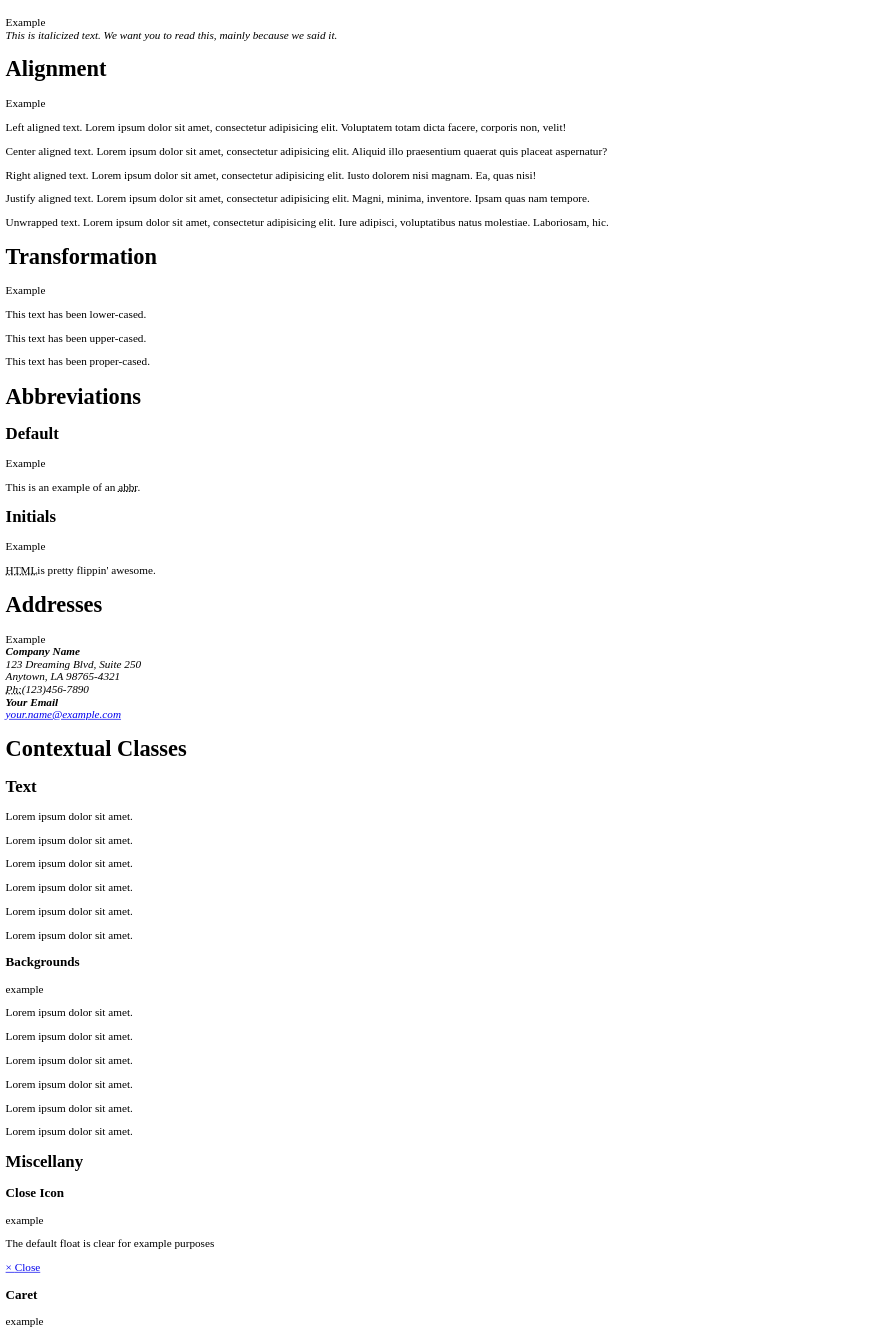
Repository: sympolinc/silk
Page: http://localhost/views/typography.php
The author's editor kept a record of every edit. The page is drawn from the files as they stood at one moment, then again after the next edit.
The browser window is 1280 px wide. The pictures show the part of the page from y = 1260 to 3180 px (the page is 3173 px tall before and 3180 px after), at 70% of full size.
The page is run by PHP 8.4 with error messages shown; the project is at /var/www/html/.

Above is the page before.

### views/typography.php
<div class="section">
    <h1>Body Text</h1>
    <div class="section">
        <h2>Default</h2>
        <div class="silk-example">
            <span class="lang">Example</span>
            <div data-example>
                <p>Lorem ipsum dolor sit amet, consectetur adipisicing elit. Minima ducimus
                    reiciendis quia recusandae illo. Necessitatibus tempora aperiam eius ducimus
                    quia!</p>
                <p>Lorem ipsum dolor sit amet, consectetur adipisicing elit. Consequuntur
                    necessitatibus, esse. Voluptatum natus, ipsum sunt?</p>
                <p>Lorem ipsum dolor sit amet, consectetur adipisicing elit. Ipsam, at.</p>
            </div>
        </div>
    </div>
    <div class="section">
        <h2>Stage</h2>
        <div class="silk-example">
            <span class="lang">Example</span>
            <div data-example>
                <p>Lorem ipsum dolor sit amet, consectetur adipisicing elit. Minima ducimus
                    reiciendis quia recusandae illo. Necessitatibus tempora aperiam eius ducimus
                    quia!</p>
                <p class="stage">Lorem ipsum dolor sit amet, consectetur adipisicing elit. Consequuntur
                    necessitatibus, esse. Voluptatum natus, ipsum sunt?</p>
                <p>Lorem ipsum dolor sit amet, consectetur adipisicing elit. Ipsam, at.</p>
            </div>
        </div>
    </div>
</div>
<div class="section">
    <h1>Inline Text</h1>
    <div class="section">
        <h2>Marked Text</h2>
        <div class="silk-example">
            <span class="lang">Example</span>
            <div data-example>This is an example of
                <mark>highlighting</mark>text.</div>
        </div>
        <h2>Deleted Text</h2>
        <div class="silk-example">
            <span class="lang">Example</span>
            <p data-example>
                <del>This is an example of deleted text.</del>
            </p>
        </div>
        <h2>Strikethrough Text</h2>
        <div class="silk-example">
            <span class="lang">Example</span>
            <div data-example>
                <s>This is an example of irrelevant text.</s>
            </div>
        </div>
        <h2>Inserted Text</h2>
        <div class="silk-example">
            <span class="lang">Example</span>
            <div data-example>
                <ins>This is an example of inserted text.</ins>
            </div>
        </div>
        <h2>Underlined Text</h2>
        <div class="silk-example">
            <span class="lang">Example</span>
            <div data-example>
                <u>This is an example of underlined text.</u>
            </div>
        </div>
        <h2>Small Text</h2>
        <div class="silk-example">
            <span class="lang">Example</span>
            <div data-example>
                <small>This is the fine print. We like to keep it small.</small>small.&lt;/small></div>
        </div>
        <h2>Bold Text</h2>
        <div class="silk-example">
            <span class="lang">Example</span>
            <div data-example>
                <strong>This is bold text. We want you to read this.</strong>
            </div>
        </div>
        <h2>Italics Text</h2>
        <div class="silk-example">
            <span class="lang">Example</span>
            <div data-example>
                <em>This is italicized text. We want you to read this, mainly because we said
                    it.</em>
            </div>
        </div>
    </div>
</div>
<div class="section">
    <h1>Alignment</h1>
    <div class="silk-example">
        <span class="lang">Example</span>
        <div data-example>
            <p class="text-left">Left aligned text. Lorem ipsum dolor sit amet, consectetur adipisicing
                elit. Voluptatem totam dicta facere, corporis non, velit!</p>
            <p class="text-center">Center aligned text. Lorem ipsum dolor sit amet, consectetur adipisicing
                elit. Aliquid illo praesentium quaerat quis placeat aspernatur?</p>
            <p class="text-right">Right aligned text. Lorem ipsum dolor sit amet, consectetur adipisicing
                elit. Iusto dolorem nisi magnam. Ea, quas nisi!</p>
            <p class="text-justify">Justify aligned text. Lorem ipsum dolor sit amet, consectetur adipisicing
                elit. Magni, minima, inventore. Ipsam quas nam tempore.</p>
            <p class="text-no-wrap">Unwrapped text. Lorem ipsum dolor sit amet, consectetur adipisicing elit.
                Iure adipisci, voluptatibus natus molestiae. Laboriosam, hic.</p>
        </div>
    </div>
</div>
<div class="section">
    <h1>Transformation</h1>
    <div class="silk-example">
        <span class="lang">Example</span>
        <div data-example>
            <p class="text-lowercase">This text has been lower-cased.</p>
            <p class="text-uppercase">This text has been upper-cased.</p>
            <p class="text-propercase">This text has been proper-cased.</p>
        </div>
    </div>
</div>
<div class="section">
    <h1>Abbreviations</h1>
    <div class="section">
        <h2>Default</h2>
        <div class="silk-example">
            <span class="lang">Example</span>
            <div data-example>
                <p>This is an example of an
                    <abbr title="abbreviation">abbr</abbr>.</p>
            </div>
        </div>
    </div>
    <div class="section">
        <h2>Initials</h2>
        <div class="silk-example">
            <span class="lang">Example</span>
            <div data-example>
                <p>
                    <abbr title="Hyper Text Markup Language" class="initial">HTML</abbr>is pretty flippin' awesome.</p>
            </div>
        </div>
    </div>
</div>
<div class="section">
    <h1>Addresses</h1>
    <div class="silk-example">
        <span class="lang">Example</span>
        <div data-example>
            <address>
                <strong>Company Name
                    <br>
                </strong>123 Dreaming Blvd, Suite 250
                <br>Anytown, LA 98765-4321
                <br>
                <abbr title="phone">Ph:</abbr>(123)456-7890</address>
            <address>
                <strong>Your Email
                    <br>
                </strong>
                <a href="mailto:#">your.name@example.com</a>
            </address>
        </div>
    </div>
</div>
<div class="section">
    <h1>Contextual Classes</h1>
    <div class="section">
      <h2>Text</h2>
      <div class="silk-example">
        <div data-example>
          <p class="text-primary"> Lorem ipsum dolor sit amet.</p>
          <p class="text-info">Lorem ipsum dolor sit amet.</p>
          <p class="text-success">Lorem ipsum dolor sit amet.</p>
          <p class="text-warning">Lorem ipsum dolor sit amet.</p>
          <p class="text-error">Lorem ipsum dolor sit amet.</p>
          <p class="text-muted">Lorem ipsum dolor sit amet.</p>
        </div>
      </div>
    </div>
    <div class="section">
      <h3>Backgrounds</h3>
      <div class="silk-example"><span class="lang">example</span>
        <div data-example>
          <p class="primary"> Lorem ipsum dolor sit amet.</p>
          <p class="info">Lorem ipsum dolor sit amet.</p>
          <p class="success">Lorem ipsum dolor sit amet.</p>
          <p class="warning">Lorem ipsum dolor sit amet.</p>
          <p class="error">Lorem ipsum dolor sit amet.</p>
          <p class="muted">Lorem ipsum dolor sit amet.</p>
        </div>
      </div>
    </div>
  </div>
  <div class="section">
    <h2>Miscellany</h2>
    <div class="section">
      <h3>Close Icon</h3>
      <div class="silk-example"><span class="lang">example</span>
        <p>The default float is clear for example purposes</p>
        <div data-example>
          <p><a href="#" style="float:none;" class="close">&times; <span class="sr">Close</span></a></p>
        </div>
      </div>
    </div>
    <div class="section">
      <h3>Caret</h3>
      <div class="silk-example"><span class="lang">example</span>
        <div data-example>
          <div>
            <p><span class="caret-n"></span></p>
            <p><span class="caret-e"></span></p>
            <p><span class="caret-s"></span></p>
            <p><span class="caret-w"></span></p>
            <p><span class="caret"></span></p>
          </div>
        </div>
      </div>
    </div>
  </div>

After the next edit:
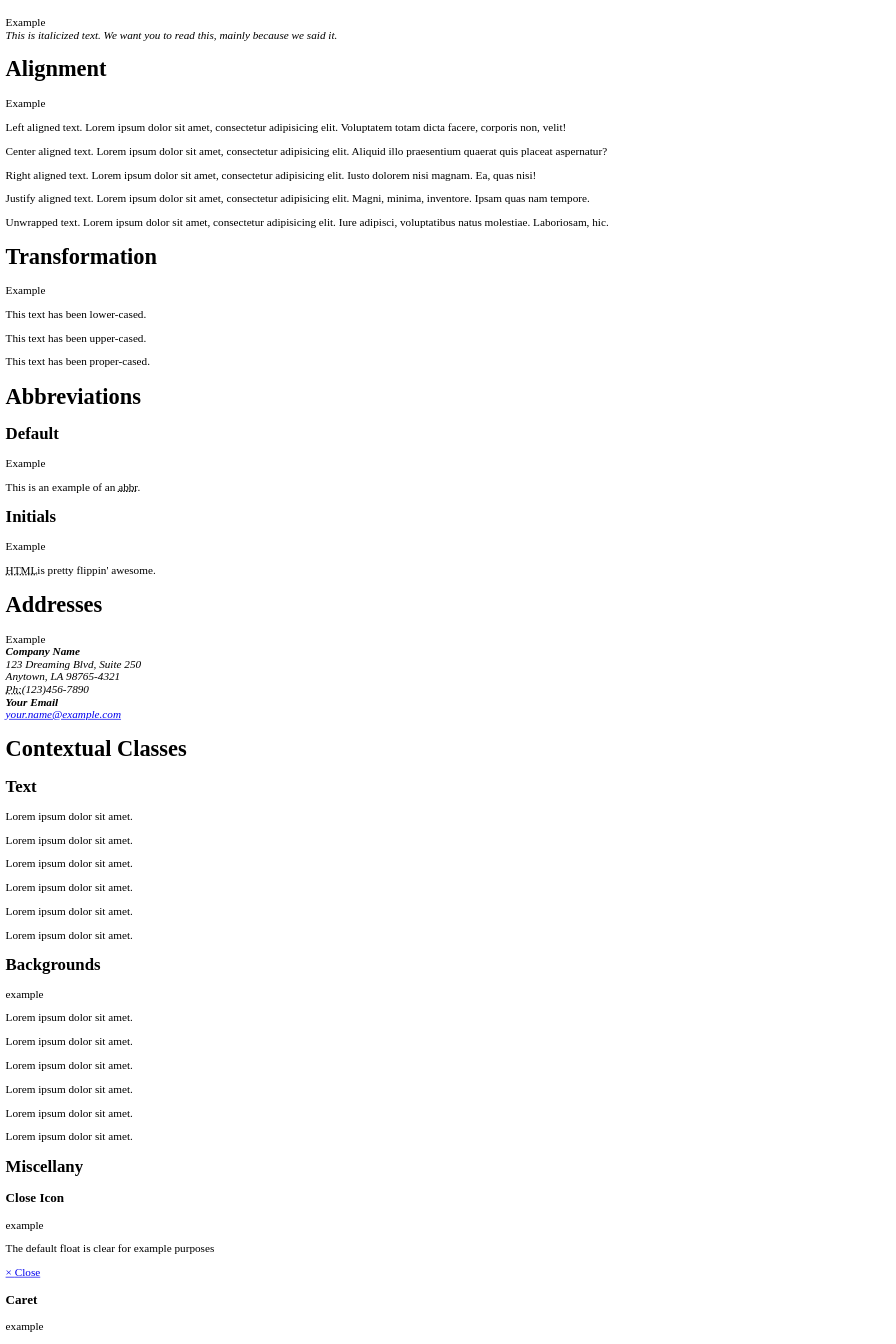
The edit:
--- a/views/typography.php
+++ b/views/typography.php
@@ -178,7 +178,7 @@
       </div>
     </div>
     <div class="section">
-      <h3>Backgrounds</h3>
+      <h2>Backgrounds</h2>
       <div class="silk-example"><span class="lang">example</span>
         <div data-example>
           <p class="primary"> Lorem ipsum dolor sit amet.</p>
